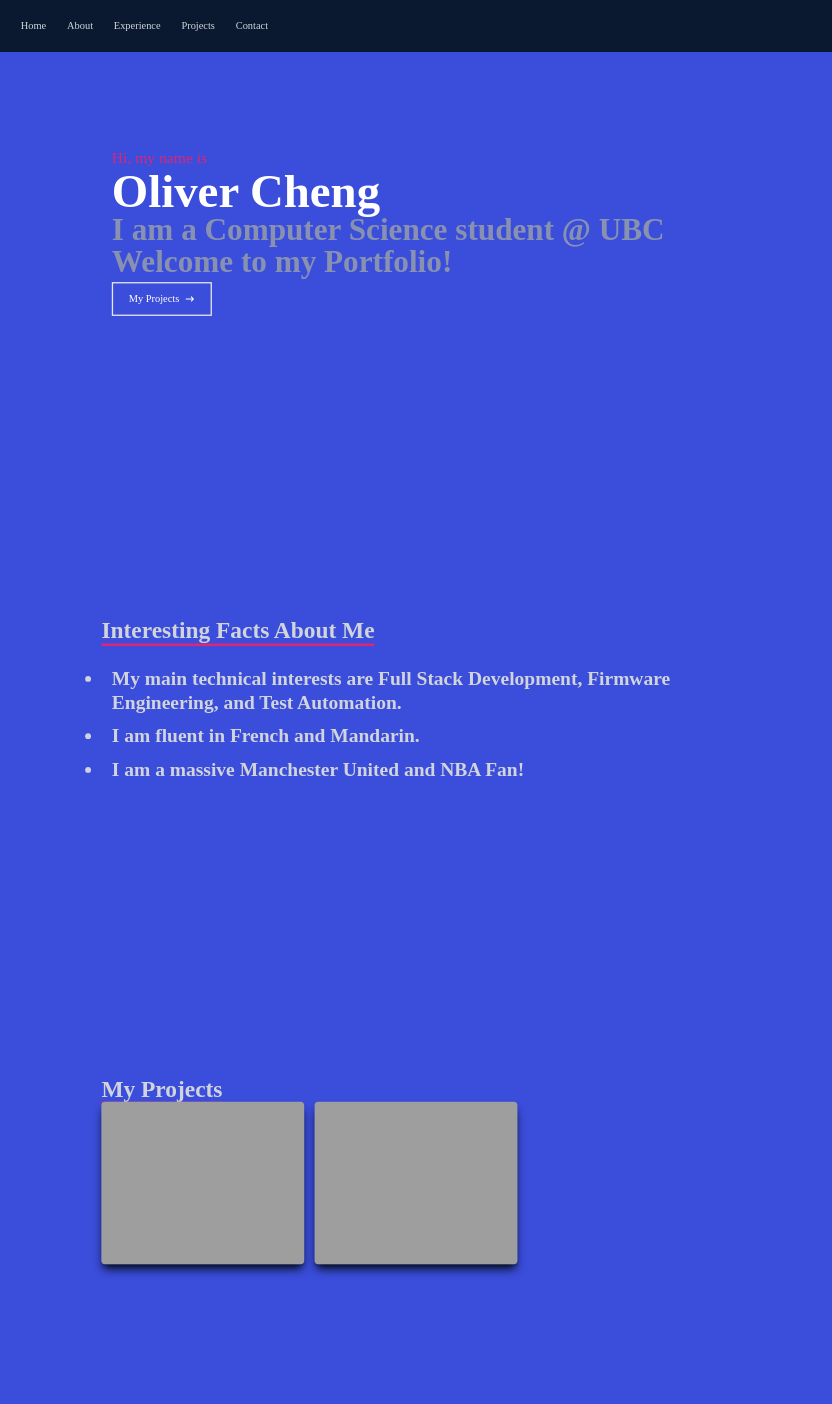
Repository: olichengus/Project-Portfolio
Page: /
An editor plug-in stored every save of this project. The page is shown before and after the next save, followed by the edit.
The browser window is 1280 px wide. The pictures show the whole page, at 65% of full size.
Pictures or frames that could not be fetched are drawn as grey boxes. The project was rebuilt for these pictures with package versions that can differ from the ones it lists, and the page was loaded fresh each time.

Above is the page before, as saved 2024-02-09 23:21:47.

### src/index.css
@tailwind base;
@tailwind components;
@tailwind utilities;

@import url('https://fonts.googleapis.com/css2?family=Roboto:wght@300;400;500;700&display=swap');

@layer base {
  body {
    @apply font-[Raleway];
  }
  li {
    @apply px-4;
    @apply cursor-pointer;
  }
}


.content-div{
  background-repeat: no-repeat;
  background-size: cover;
  background-position: center;
  height: 250px;
}

.content-div:hover{
  background-image: linear-gradient(
    to right,
    rgba(112,157,255,0.8),
    hsla(242,74%,61%,0.8)
  )!important;
  background-color: rgba(0, 0, 0, 0.5);
  transition: 0.5s;
}

### src/App.js
import Home from './components/Home';
import Navbar from './components/Navbar';
import About from './components/About';
import Work from './components/Work';

function App() {
  return (
    <div>
      <Navbar />
      <Home />
      <About />
      <Work />
    </div>
  );
}

export default App;

### src/components/Home.jsx
import React from 'react'
import {HiArrowNarrowRight} from 'react-icons/hi'

const Home = () => {
  return (
    <div className='w-full h-screen bg-[#3b4ddb]'>
      {/* Container */}
      <div className='max-w-[1000px] mx-auto px-8 flex flex-col justify-center h-full'>
        <p className='text-pink-600 text-2xl'>Hi, my name is</p>
        <h1 className='text-white text-7xl font-bold'>Oliver Cheng</h1>
        <h2 className='text-4xl sm:text-5xl font-bold text-[#8892b0]'> I am a Computer Science student @ UBC</h2>
        <h2 className='text-4xl sm:text-5xl font-bold text-[#8892b0]'> Welcome to my Portfolio!</h2>
        <div className='background-color'>
          <button className = 'text-white border-2 px-6 py-3 my-2 flex items-center hover:bg-pink-600 hover:border-pink-600'>
            My Projects
            <span className='group-hover:rotate-90 duration-300'>
              <HiArrowNarrowRight className='ml-2' />
            </span>
          </button>
        </div>
      </div>

    </div>
  )
}

export default Home

### src/components/navbar.js
import React, {useState} from 'react'
import {
    FaBars,
    FaTimes,
    FaGithub,
    FaLinkedin
  } from 'react-icons/fa';
import { HiOutlineMail } from 'react-icons/hi';
import BsFillPersonFill from 'react-icons/bs';

const Navbar = () => {
    const [nav, setNav] = useState(false)
    const handleClick = () => setNav(!nav)
  return (
    <div className='fixed w-full h-[80px] flex justify-between items-center px-4 bg-[#0a192f] text-gray-300'>
    {/* menu */}
        <div className='hidden md:flex'>
            <ul className='hidden md:flex'>
                <li>Home</li>
                <li>About</li>
                <li>Experience</li>
                <li>Projects</li>
                <li>Contact</li>


            </ul>
        </div>

        <div onClick={handleClick} className='md:hidden z-10'>
            {/* if false set it to bars else set it to x logo*/}
            {!nav ? <FaBars /> : <FaTimes />}
        </div>


        {/* Moble menu */}
        <ul className={!nav ? "hidden": 'absolute top-0 left-0 w-full h-screen bg-[#0a192f] flex flex-col justify center items-center'}>
                <li className='py-6 text-4xl'>Home</li>
                <li className='py-6 text-4xl'>About</li>
                <li className='py-6 text-4xl'>Experience</li>
                <li className='py-6 text-4xl'>Projects</li>
                <li className='py-6 text-4xl'>Contact</li>

        </ul>
        {/* Social Icons */}
        <div className='flex fixed flex-col top-[35%] left-0;'>
        </div>
    </div>


  )
}

export default Navbar

### src/components/About.jsx
import React from 'react';

const About = () => {
    return (
        <div name='about' className='w-full h-screen bg-[#3b4ddb] text-gray-300'>
            <div className='flex flex-col justify-center items-center w-full h-full'>
                <div className='max-w-[1000px] w-full px-4 justify-center items-center'>
                    <div className='text-left'>
                        <p className='text-4xl font-bold inline border-b-4 border-pink-600 hover:text-white'>Interesting Facts About Me</p>
                    </div>

                </div>
                <div className='mt-9 max-w-[1000px] w-full'>
                    <ul class="list-disc pl-4">
                        <li class="mb-2 text-3xl font-bold hover:text-white">My main technical interests are Full Stack Development, Firmware Engineering, and Test Automation.</li>
                        <li class="mt-4 mb-2 text-3xl font-bold hover:text-white">I am fluent in French and Mandarin.</li>
                        <li class="mt-4 mb-2 text-3xl font-bold hover:text-white">I am a massive Manchester United and NBA Fan!</li>
                    </ul>
                </div>
            </div>
        </div>
    )
}

export default About;

### src/components/Work.jsx
import React from 'react';
import Background from '../assets/background.jpeg';

const Work = () => {
    return (
        <div className='w-full md:h-screen text-gray-300 bg-[#3b4ddb]'>
            <div className='max-w-[1000px] mx-auto p-4 flex flex-col justify-center w-full h-full'>
                <div>
                    <p className='text-4xl font-bold inline border-b-4 text-gray-300 border-pink-600'>My Projects</p>
                </div>

            {/* Container */}

                <div className='grid sm:grid-cols-2 md:grid-cols-3 gap-4'>

            {/* Grid Item */}
                    <div style = {{backgroundImage: `url(${Background})`}}
                    className='shadow-lg shadow-[#040c16] group container rounded-md flex justify-center items-center mx-auto content-div'>

                        {/* Hover Effects */}
                        <div className='opacity-0 group-hover:opacity-100'>
                            <span className='text-2xl font-bold text-white tracking-wider'>
                                React JS Application
                            </span>
                            <div className='pt-8 text-center'>
                                <a href ="/">
                                    <button className='text-center rounded-lg px-4 py-3 m-2 bg-white text-gray-700 font-bold text-lg'>Demo</button>
                                </a>
                                <a href = "/">
                                    <button className='text-center rounded-lg px-4 py-3 m-2 bg-white text-gray-700 font-bold text-lg'>Code</button>
                                </a>
                            </div>
                        </div>
                    </div>

                    <div style = {{backgroundImage: `url(${Background})`}}
                    className='shadow-lg shadow-[#040c16] group container rounded-md flex justify-center items-center mx-auto content-div'>

                        {/* Hover Effects */}
                        <div className='opacity-0 group-hover:opacity-100'>
                            <span className='text-2xl font-bold text-white tracking-wider'>
                                Telomeres Educational Website
                            </span>
                            <div className='pt-8 text-center'>
                                <a href ="/">
                                    <button className='text-center rounded-lg px-4 py-3 m-2 bg-white text-gray-700 font-bold text-lg'>Demo</button>
                                </a>
                                <a href = "/">
                                    <button className='text-center rounded-lg px-4 py-3 m-2 bg-white text-gray-700 font-bold text-lg'>Code</button>
                                </a>
                            </div>
                        </div>
                    </div>

                </div>



            </div>
        </div>
    );
};

export default Work;

### tailwind.config.js
/** @type {import('tailwindcss').Config} */
module.exports = {
  content: ["./src/**/*.{html,jsx}"],
  theme: {
    extend: {},
  },
  plugins: [],
}

Loaded but not shown: public/index.html (common file); src/index.js (common file)

After the next save:
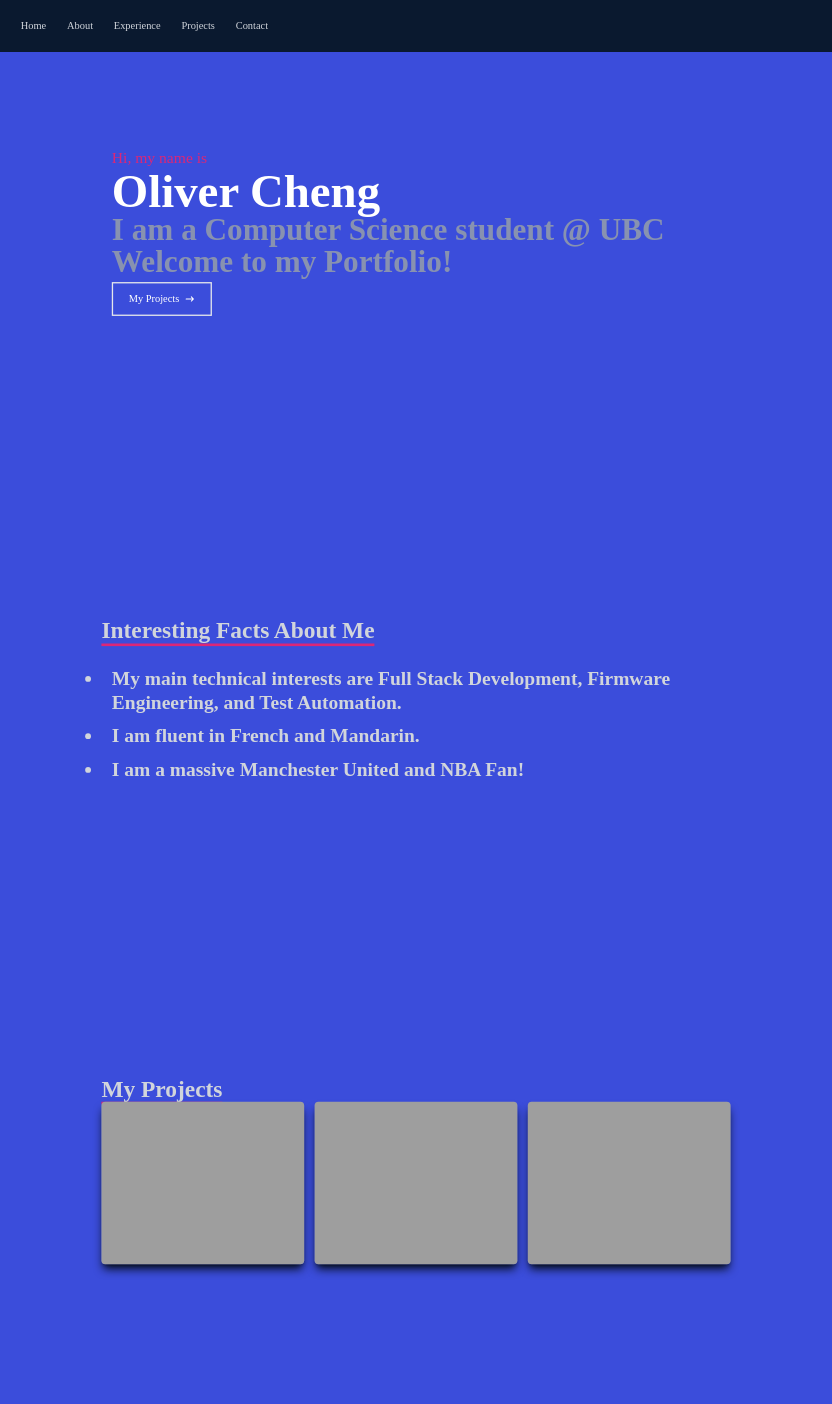
Saved 9 s later.
--- a/src/components/Work.jsx
+++ b/src/components/Work.jsx
@@ -52,6 +52,25 @@ const Work = () => {
                         </div>
                     </div>
 
+                    <div style = {{backgroundImage: `url(${Background})`}}
+                    className='shadow-lg shadow-[#040c16] group container rounded-md flex justify-center items-center mx-auto content-div'>
+
+                        {/* Hover Effects */}
+                        <div className='opacity-0 group-hover:opacity-100'>
+                            <span className='text-2xl font-bold text-white tracking-wider'>
+                                Telomeres Educational Website
+                            </span>
+                            <div className='pt-8 text-center'>
+                                <a href ="/">
+                                    <button className='text-center rounded-lg px-4 py-3 m-2 bg-white text-gray-700 font-bold text-lg'>Demo</button>
+                                </a>
+                                <a href = "/">
+                                    <button className='text-center rounded-lg px-4 py-3 m-2 bg-white text-gray-700 font-bold text-lg'>Code</button>
+                                </a>
+                            </div>
+                        </div>
+                    </div>
+
                 </div>
 
 
